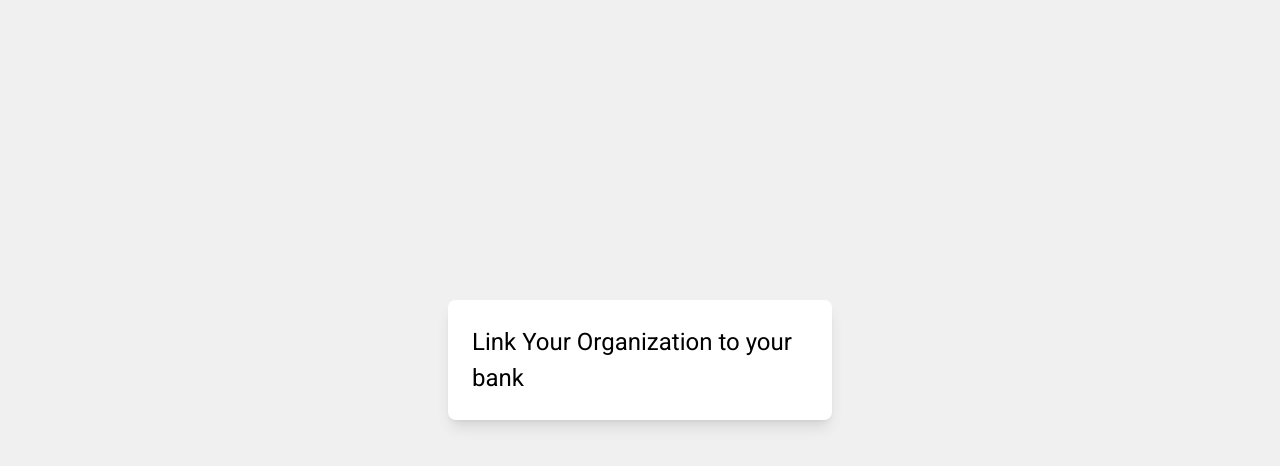
Repository: Nathan-spec/link_to_org
Page: /
These files come from the project's save history. The page is drawn as it stood at one moment and after a run of saves; the edit follows.
The browser window is 1280 px wide. The pictures show the whole page.
The project was rebuilt for these pictures with package versions that can differ from the ones it lists, and the page was loaded fresh each time. The framework's server and built-in components were replaced by stand-ins that run in the browser. Also part of the build but not shown: next.config.ts.

Above is the page before, as saved 2024-10-25 13:10:07.

### app/page.tsx
import Image from "next/image";
import { Roboto } from 'next/font/google'

const roboto = Roboto({
  subsets: ['latin'],
  weight: '400',
})
export default function Home() {
  return (
    // Background div
    <div
    className={`w-full h-screen flex items-center justify-center ${roboto.className}`}
    style={{ backgroundColor: '#f0f0f0'}}
    >
      <div className={`w-96 p-6 bg-white rounded-lg shadow-lg ${roboto.className}`}>
      {/* Inner card component */}
       <h1 style={{fontSize: '24px', color: 'black', textAlign: ''}}> Link Your Organization to your bank </h1>
      </div>
    </div>
  );
}

Loaded but not shown: app/layout.tsx (common file); app/globals.css (common file); tailwind.config.ts (common file)

After the next 2 saves:
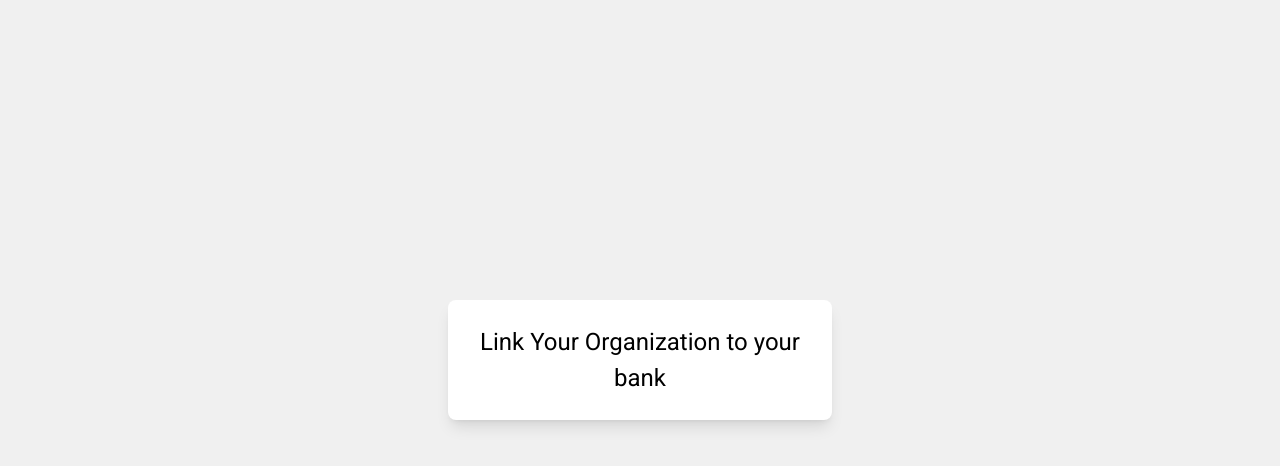
The 2 saves are shown as one change because they came seconds apart.
The last was saved 6 s later.
--- a/app/page.tsx
+++ b/app/page.tsx
@@ -14,7 +14,7 @@ export default function Home() {
     >
       <div className={`w-96 p-6 bg-white rounded-lg shadow-lg ${roboto.className}`}>
       {/* Inner card component */}
-       <h1 style={{fontSize: '24px', color: 'black', textAlign: ''}}> Link Your Organization to your bank </h1>
+       <h1 style={{fontSize: '24px', color: 'black', textAlign: 'center', }}> Link Your Organization to your bank </h1>
       </div>
     </div>
   );
